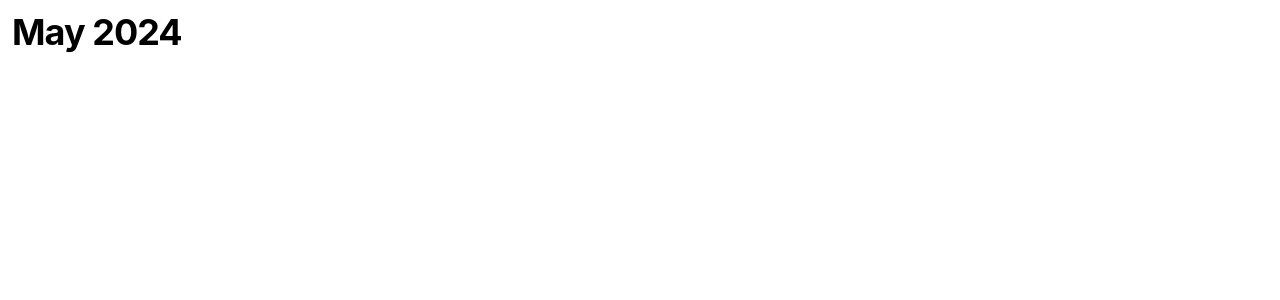
Repository: dung-phan/tweek-copy
Page: /
The author's editor kept a copy of each file at every save. The page is drawn from the files as they stood at one save, then again after the next save.
The browser window is 1280 px wide. The pictures show the whole page.
The project was rebuilt for these pictures with package versions that can differ from the ones it lists, and the page was loaded fresh each time. Also part of the build but not shown: vite.config.ts.

Above is the page before, as saved 2024-05-26 22:31:35.

After the next save:
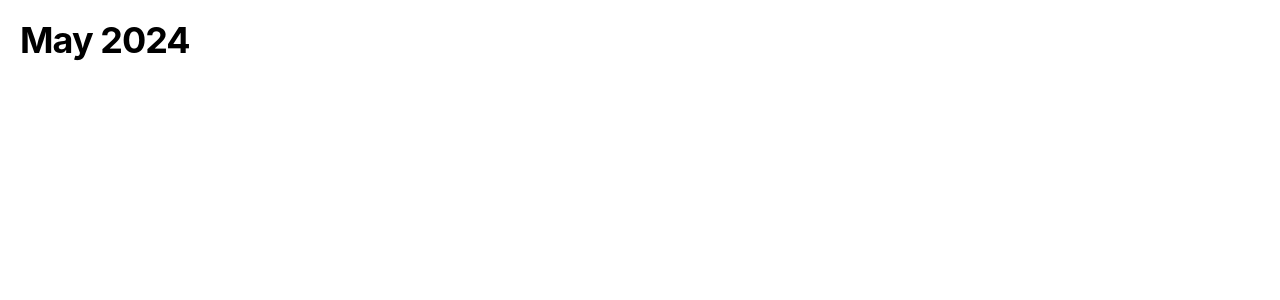
Saved 9 s later.
--- a/src/views/HomeView.vue
+++ b/src/views/HomeView.vue
@@ -3,7 +3,7 @@ import CurrentDateMonth from '../components/CurrentDateMonth.vue'
 </script>
 
 <template>
-  <header class="p-3">
+  <header class="p-5">
     <CurrentDateMonth />
   </header>
 </template>
